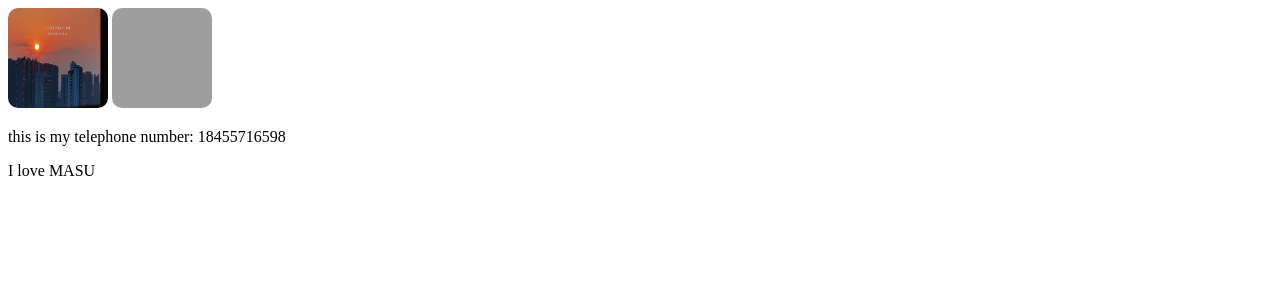
Repository: zyq1120/vscode
Page: HTML/index.html
These files come from the project's save history. The page is drawn as it stood at one moment and after the next save; the edit follows.
The browser window is 1280 px wide. The pictures show the whole page.
Pictures or frames that could not be fetched are drawn as grey boxes.

Above is the page before, as saved 2024-09-25 19:49:49.

After the next save:
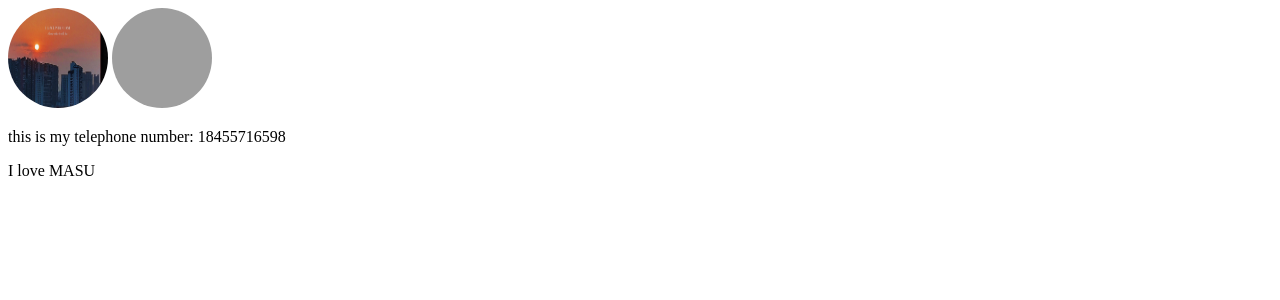
Saved 25 s later.
--- a/HTML/index.html
+++ b/HTML/index.html
@@ -8,7 +8,7 @@
                 width: 100px;
                 height: 100px;
 
-                border-radius: 10px;
+                border-radius: 50px;
             }
         </style>
     </head>
